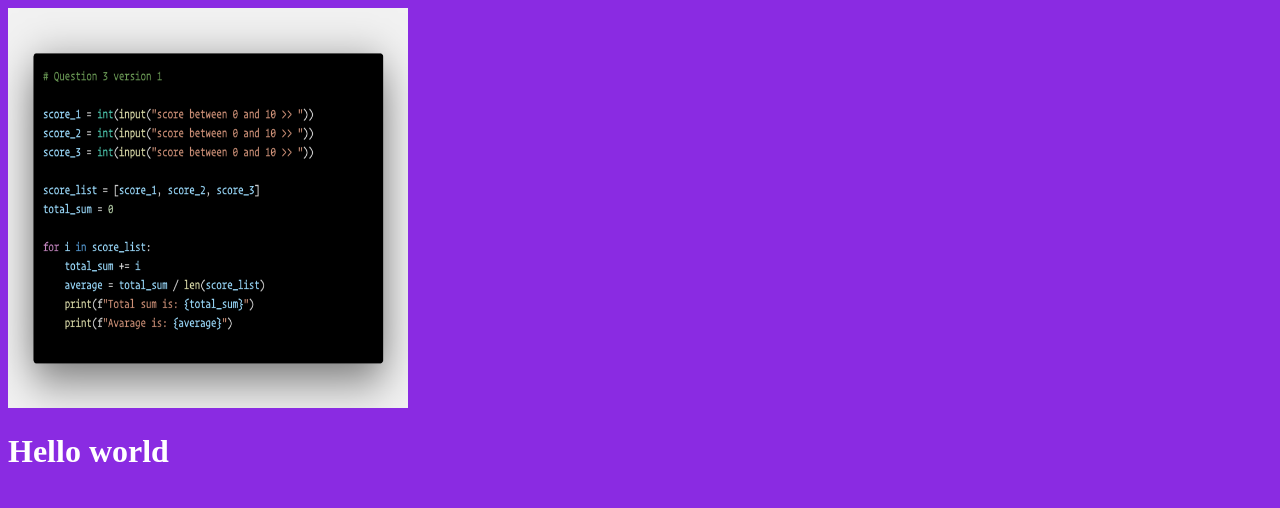
Repository: Samkiroko/test_website
Page: index.html
An editor plug-in stored every save of this project. The page is shown before and after the next save, followed by the edit.
The browser window is 1280 px wide. The pictures show the whole page.

Above is the page before, as saved 2022-10-21 14:03:58.

After the next save:
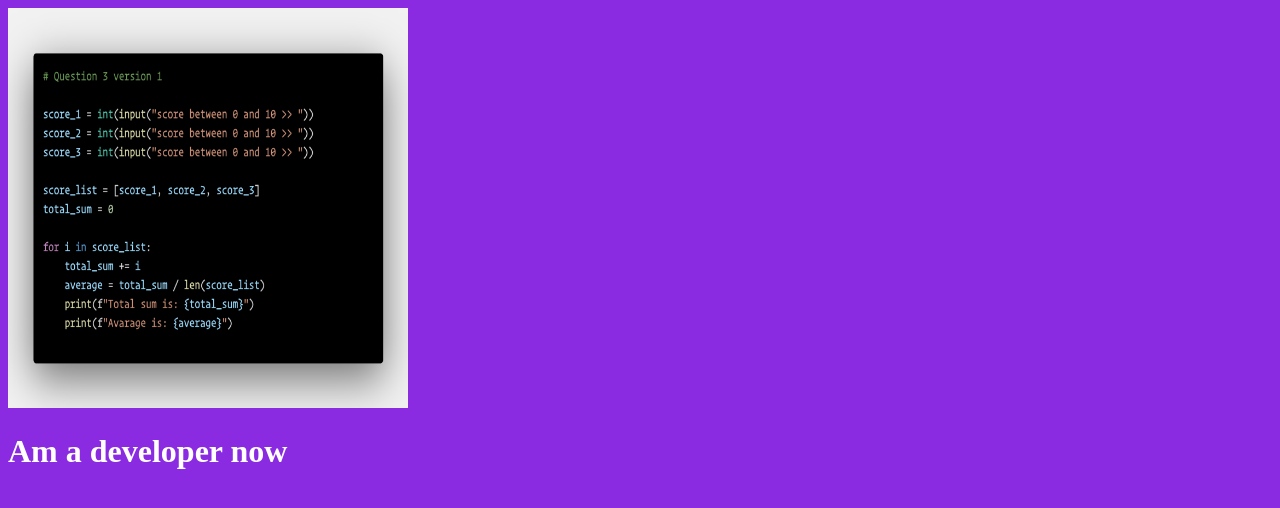
Saved 11 min 25 s later.
--- a/index.html
+++ b/index.html
@@ -11,7 +11,7 @@
 
 <body>
     <img src="/version_1.png" alt="" sizes="400x500" srcset="">
-    <h1>Hello world</h1>
+    <h1> Am a developer now</h1>
 </body>
 
 </html>
